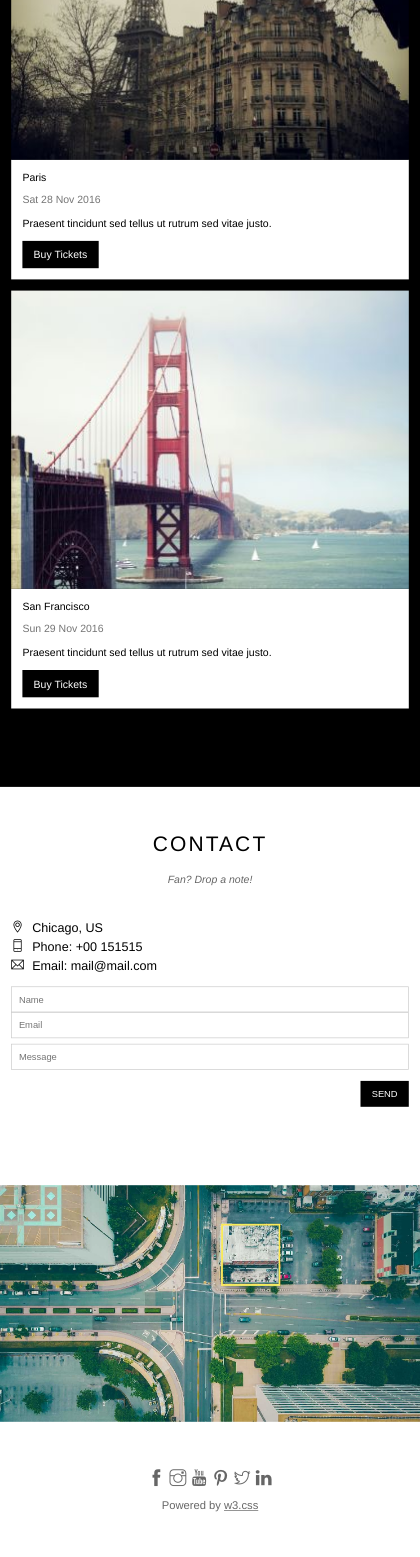
Repository: qhoa25623/The-Band
Page: index.html
The author's editor kept a copy of each file at every save. The page is drawn from the files as they stood at one save, then again after a run of saves.
The browser window is 600 px wide. The pictures show the part of the page from y = 3213 to 5453 px (the page is 5437 px tall before and 5453 px after), at 70% of full size.

Above is the page before, as saved 2022-05-07 22:38:51.

After the next 4 saves:
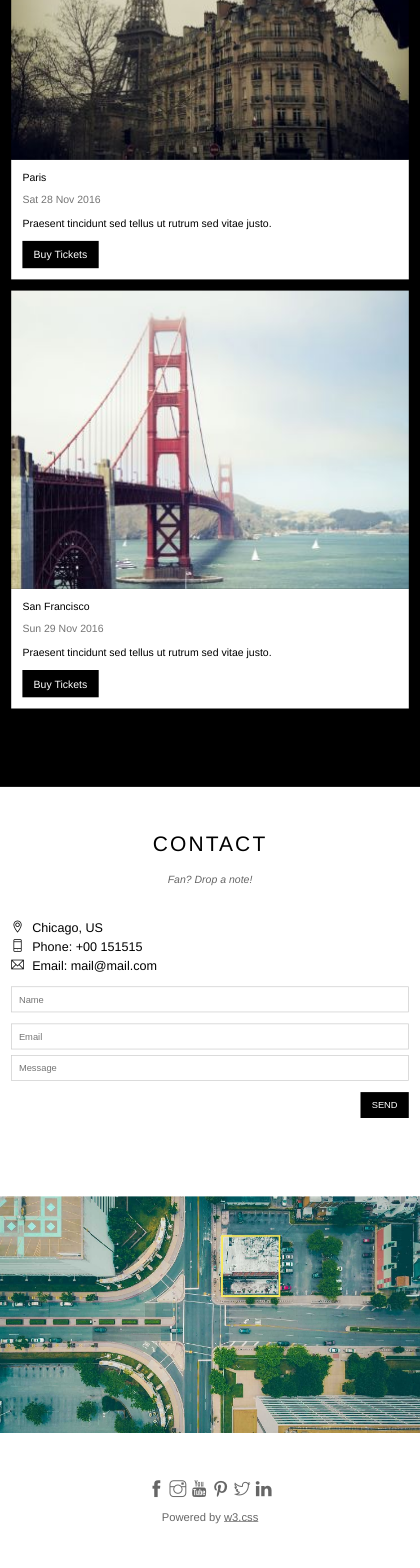
The 4 saves are shown as one change because they came seconds apart.
The last was saved 13 s later.
--- a/assets/css/responsive.css
+++ b/assets/css/responsive.css
@@ -10,8 +10,8 @@
   .s-col-full {
     width: 100%;
   }
-  .s-mt-16{
-    margin
+  .s-mt-16 {
+    margin-top: 16px !important;
   }
   #header {
     overflow: hidden;

After the 4 saves that followed:
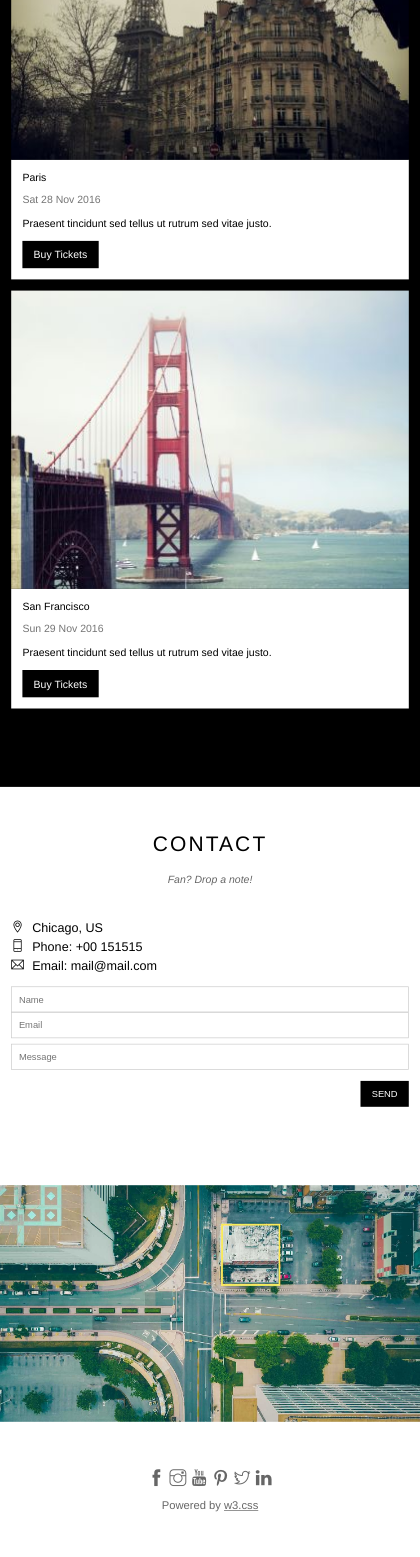
The 4 saves are shown as one change because 1 left the picture as it was and some came seconds apart.
The last was saved 33 s later.
--- a/assets/css/responsive.css
+++ b/assets/css/responsive.css
@@ -8,10 +8,10 @@
 /* Mobile */
 @media (max-width: 739px) {
   .s-col-full {
-    width: 100%;
+    width: 100% !important;
   }
-  .s-mt-16 {
-    margin-top: 16px !important;
+  .s-mt-8 {
+    margin-top: 8px !important;
   }
   #header {
     overflow: hidden;
